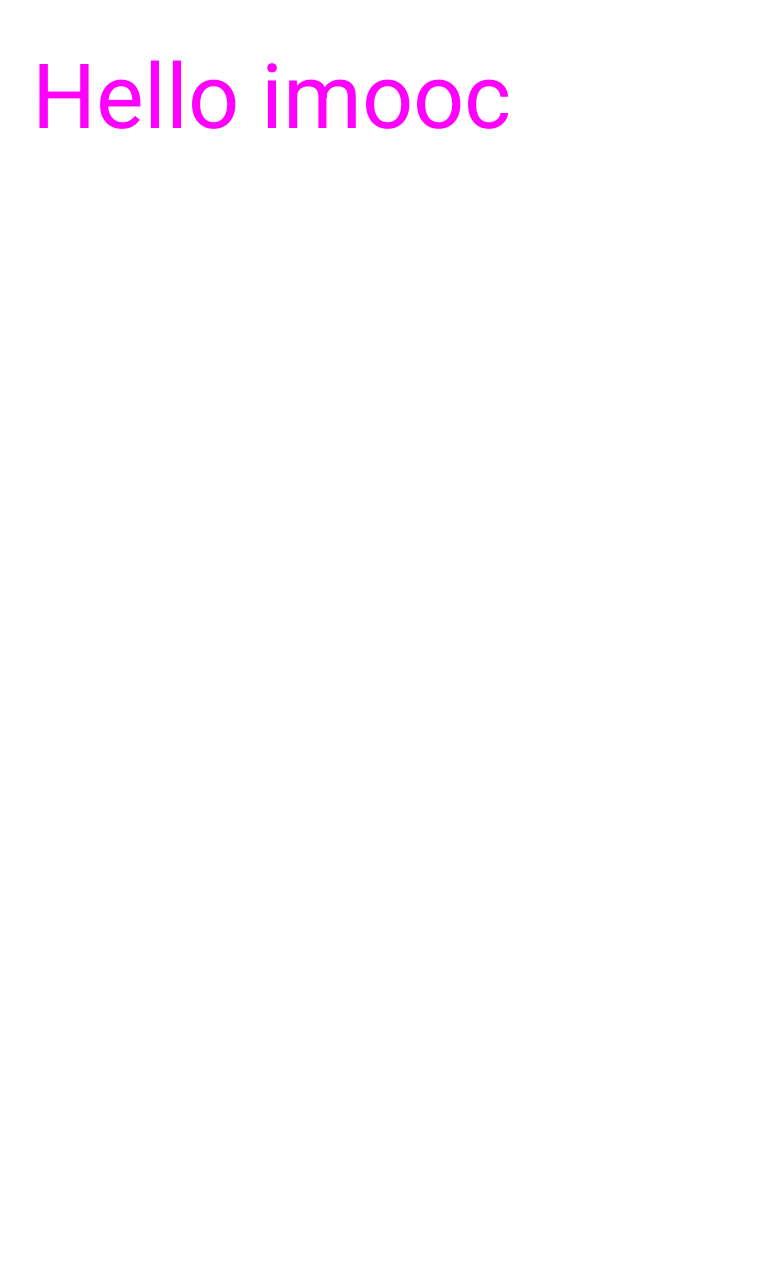
Repository: ling-cen/demo
Layout: Activity02/res/layout/activity_main.xml
These files come from the project's save history. The layout is drawn as it stood at one moment and after the next save; the edit follows.
It is drawn on a 768 x 1280 px phone screen (xhdpi) without system bars, with theme AppTheme; the app's code is not run.

Above is the layout before, as saved 2018-12-11 14:13:23.

### Activity02/res/layout/activity_main.xml
<RelativeLayout xmlns:android="http://schemas.android.com/apk/res/android"
    xmlns:tools="http://schemas.android.com/tools"
    android:layout_width="match_parent"
    android:layout_height="match_parent"
    android:paddingBottom="@dimen/activity_vertical_margin"
    android:paddingLeft="@dimen/activity_horizontal_margin"
    android:paddingRight="@dimen/activity_horizontal_margin"
    android:paddingTop="@dimen/activity_vertical_margin"
    tools:context="com.imooc.activity02.MainActivity" >


    <TextView
        android:layout_width="wrap_content"
        android:layout_height="wrap_content"
        android:text="@string/hello_imooc"
        android:textColor="#FF00FF"
        android:textSize="90px"
        />

</RelativeLayout>

### Activity02/res/values/strings.xml
<?xml version="1.0" encoding="utf-8"?>
<resources>

    <string name="app_name">Activity02</string>
    <string name="hello_imooc">Hello imooc</string>
    <string name="action_settings">Settings</string>

</resources>

Loaded but not shown: Activity02/res/values/styles.xml (common file); Activity02/res/values-v11/styles.xml (common file); Activity02/res/values-v14/styles.xml (common file); Activity02/res/values/dimens.xml (common file); Activity02/res/values-w820dp/dimens.xml (common file)

After the next save:
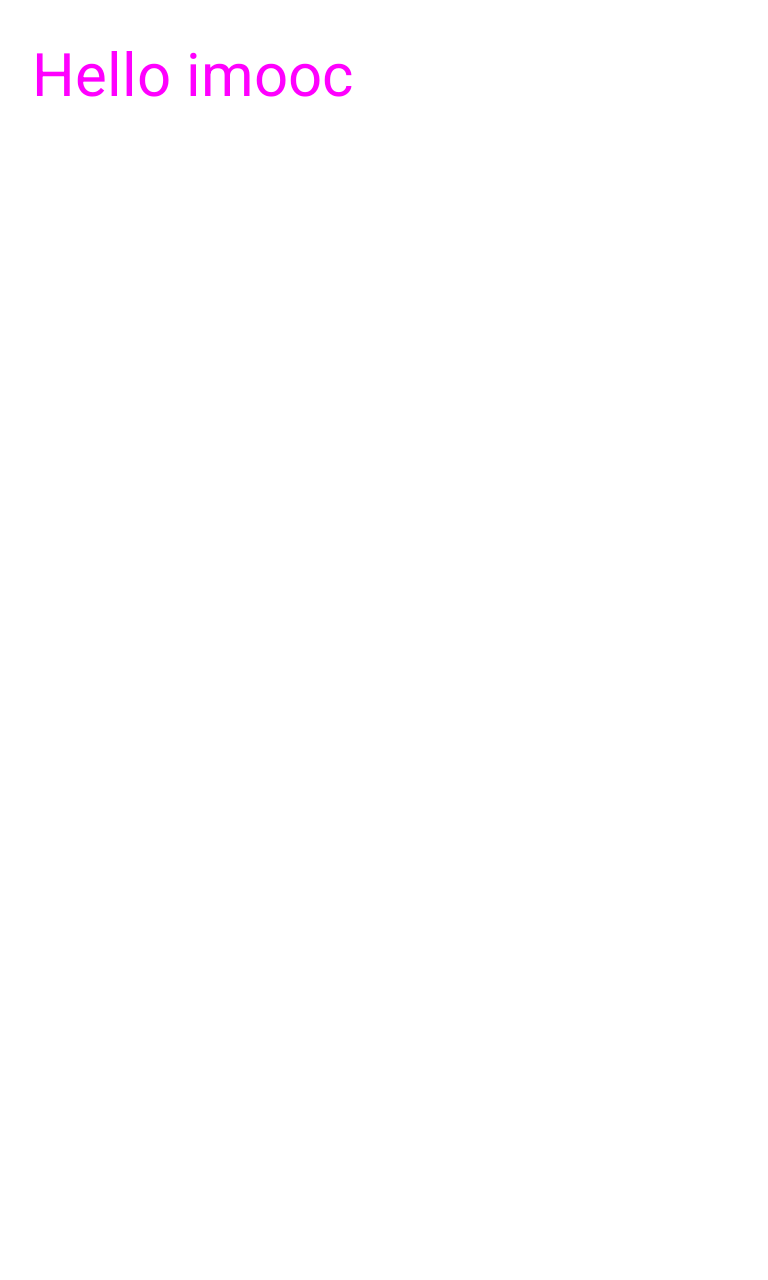
Saved 8 s later.
--- a/Activity02/res/layout/activity_main.xml
+++ b/Activity02/res/layout/activity_main.xml
@@ -14,7 +14,7 @@
         android:layout_height="wrap_content"
         android:text="@string/hello_imooc"
         android:textColor="#FF00FF"
-        android:textSize="90px"
+        android:textSize="60px"
         />
 
 </RelativeLayout>
